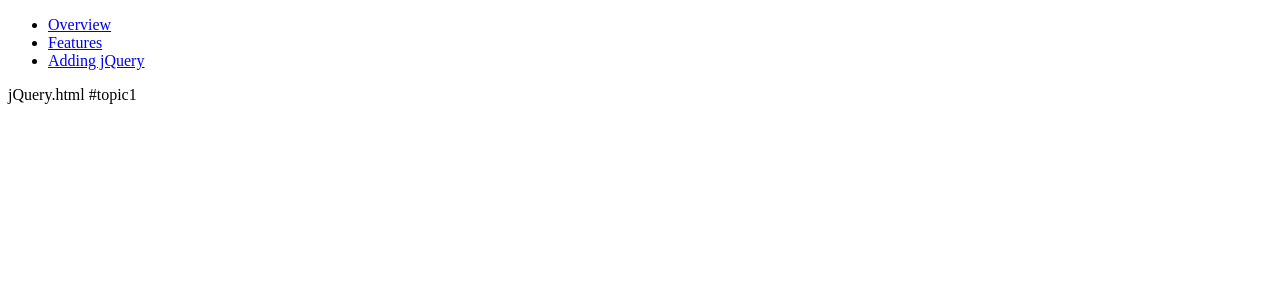
Repository: derekhub/IndiaTrainingProgramProjects
Page: JqueryExamples/WebContent/LoadExample.html
These files come from the project's save history. The page is drawn as it stood at one moment and after the next save; the edit follows.
The browser window is 1280 px wide. The pictures show the whole page.
After loading, the first visible `a` was clicked once.

Above is the page before, as saved 2016-08-17 09:33:30.

### JqueryExamples/WebContent/LoadExample.html
<!DOCTYPE html>
<html>
<head>
<meta charset="ISO-8859-1">
<title>Making Ajax Call</title>
<script type="text/javascript" src="Scripts/jquery.js"></script>

<script type="text/javascript">

$(function(){
	$("a").on('click', function(event){
		event.preventDefault();
		var content = $(this).data('file');
		$("#target").html(content);
	})
});


</script>

<style type="text/css">

</style>

</head>
<body>

<ul>
<li><a href="#" data-file="jQuery.html #topic1">Overview</a></li>
<li><a href="#" data-file="jQuery.html #topic2">Features</a></li>
<li><a href="#" data-file="jQuery.html #topic3">Adding jQuery</a></li>

</ul>

<!--
<a href="#" data-file="jQuery.html #topic1">Overview</a>
<a href="#" data-file="jQuery.html #topic2">Features</a>
<a href="#" data-file="jQuery.html #topic3">Adding jQuery</a>
-->

<div id="target"></div>

</body>
</html>

### JqueryExamples/WebContent/jQuery.html
<!DOCTYPE html>
<html>
<head>
<meta charset="ISO-8859-1">
<title>Insert title here</title>
</head>
<body>

<section id=topic1>hi</section>
<section id=topic2>im</section>
<section id=topic3>derek</section>


</body>
</html>

Loaded but not shown: JqueryExamples/WebContent/Scripts/jquery.js (library)

After the next save:
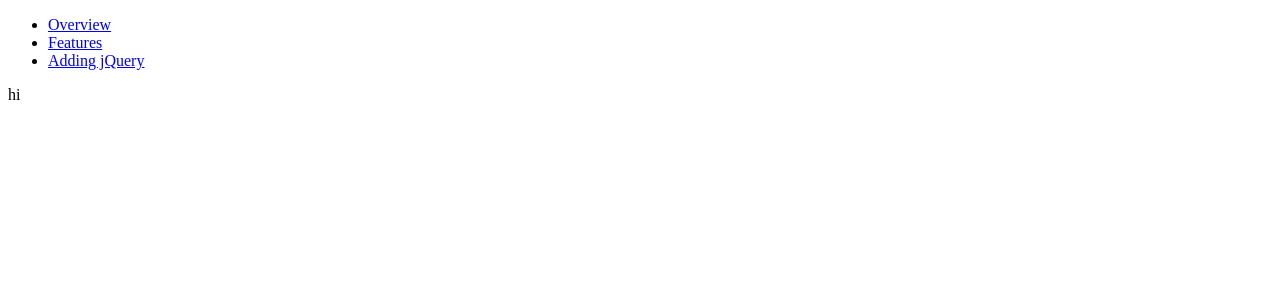
Saved 98 s later.
--- a/JqueryExamples/WebContent/LoadExample.html
+++ b/JqueryExamples/WebContent/LoadExample.html
@@ -11,7 +11,7 @@
 	$("a").on('click', function(event){
 		event.preventDefault();
 		var content = $(this).data('file');
-		$("#target").html(content);
+		$("#target").load(content);
 	})
 });
 

After the save that followed:
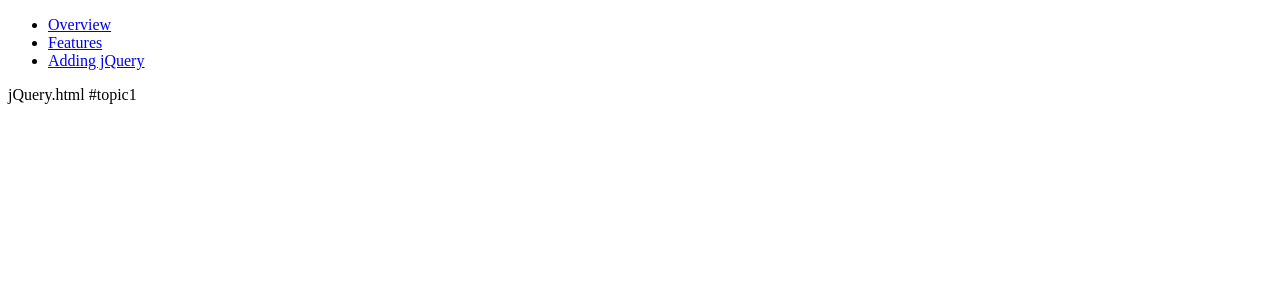
Saved 12 s later.
--- a/JqueryExamples/WebContent/LoadExample.html
+++ b/JqueryExamples/WebContent/LoadExample.html
@@ -11,7 +11,7 @@
 	$("a").on('click', function(event){
 		event.preventDefault();
 		var content = $(this).data('file');
-		$("#target").load(content);
+		$("#target").html(content);
 	})
 });
 
